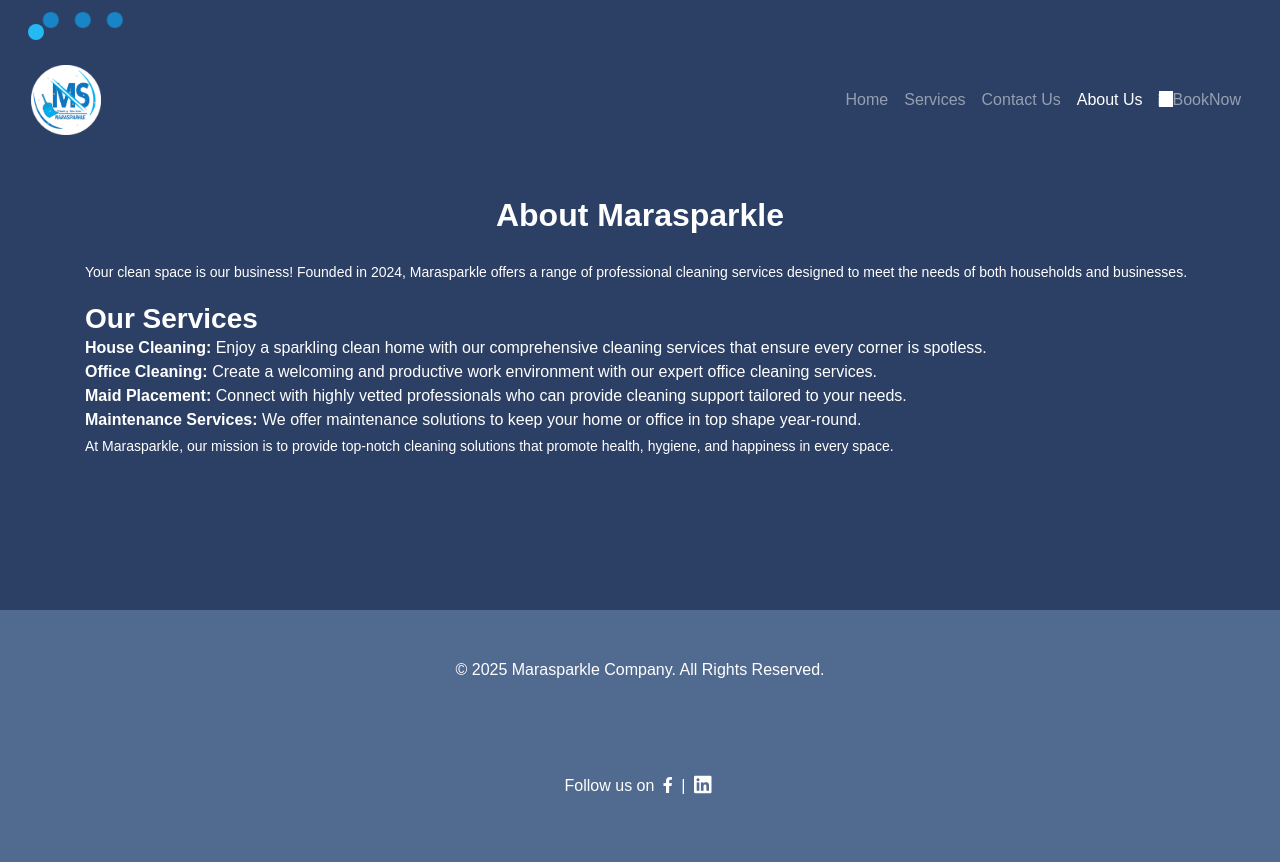
Repository: guineveretim/sparkle
Page: http://localhost/about/
The author's editor kept a copy of each file at every save. The page is drawn from the files as they stood at one save, then again after the next save.
The browser window is 1280 px wide. The pictures show the whole page.
The page is served by the project's application, run on Django 5.2 (manage.py).

Above is the page before, as saved 2025-03-26 14:22:10.

After the next save:
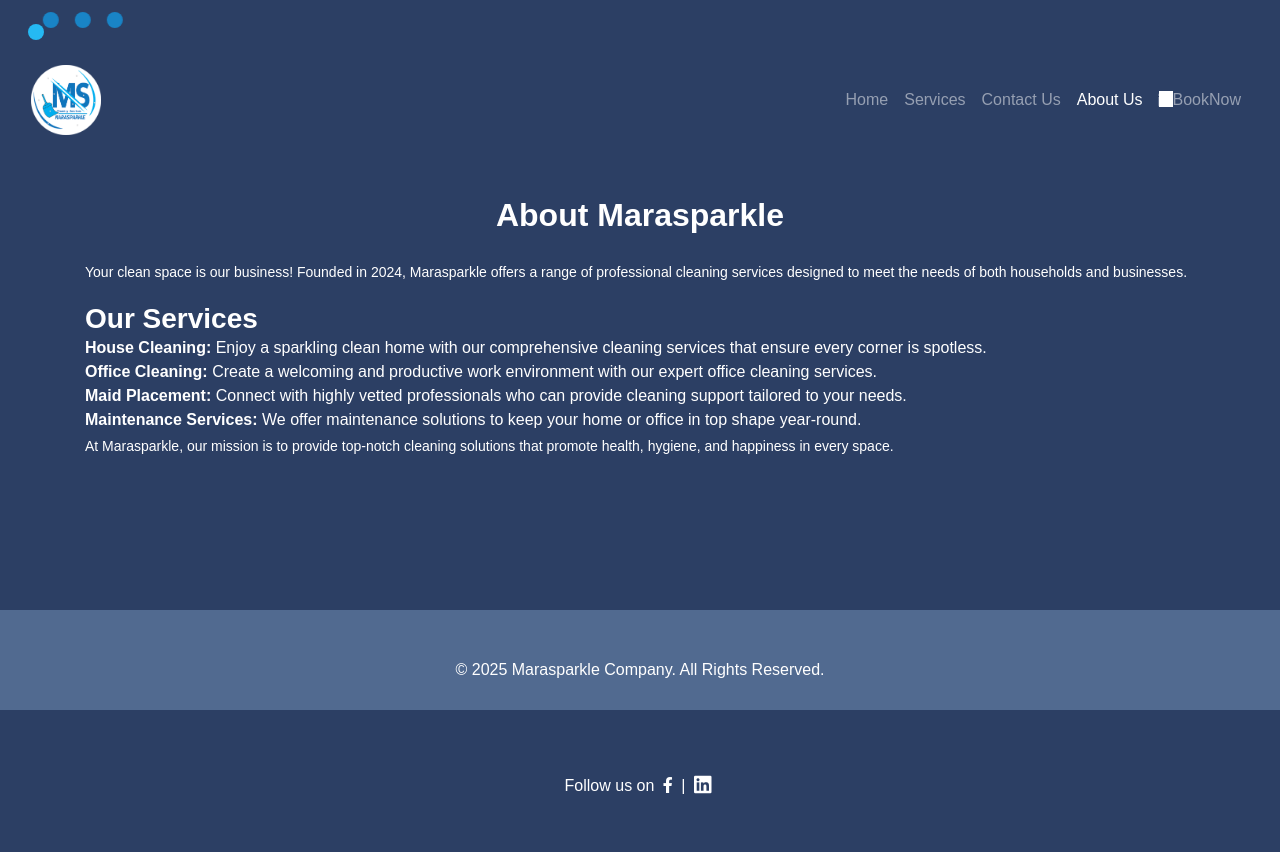
Saved 44 s later.
--- a/templates/application/about.html
+++ b/templates/application/about.html
@@ -93,7 +93,7 @@
     </div>
     <!-- ***** About Section End ***** -->
 
-    <footer class="footer text-center" style="background-color: rgba(166, 206, 243, 0.3); padding: 10px 0;">
+    <footer class="footer text-center" style="background-color: rgba(166, 206, 243, 0.3); padding: 10px 0; height: 50px;">
         <div class="container-fluid">
             <div class="row">
 

After the save that followed:
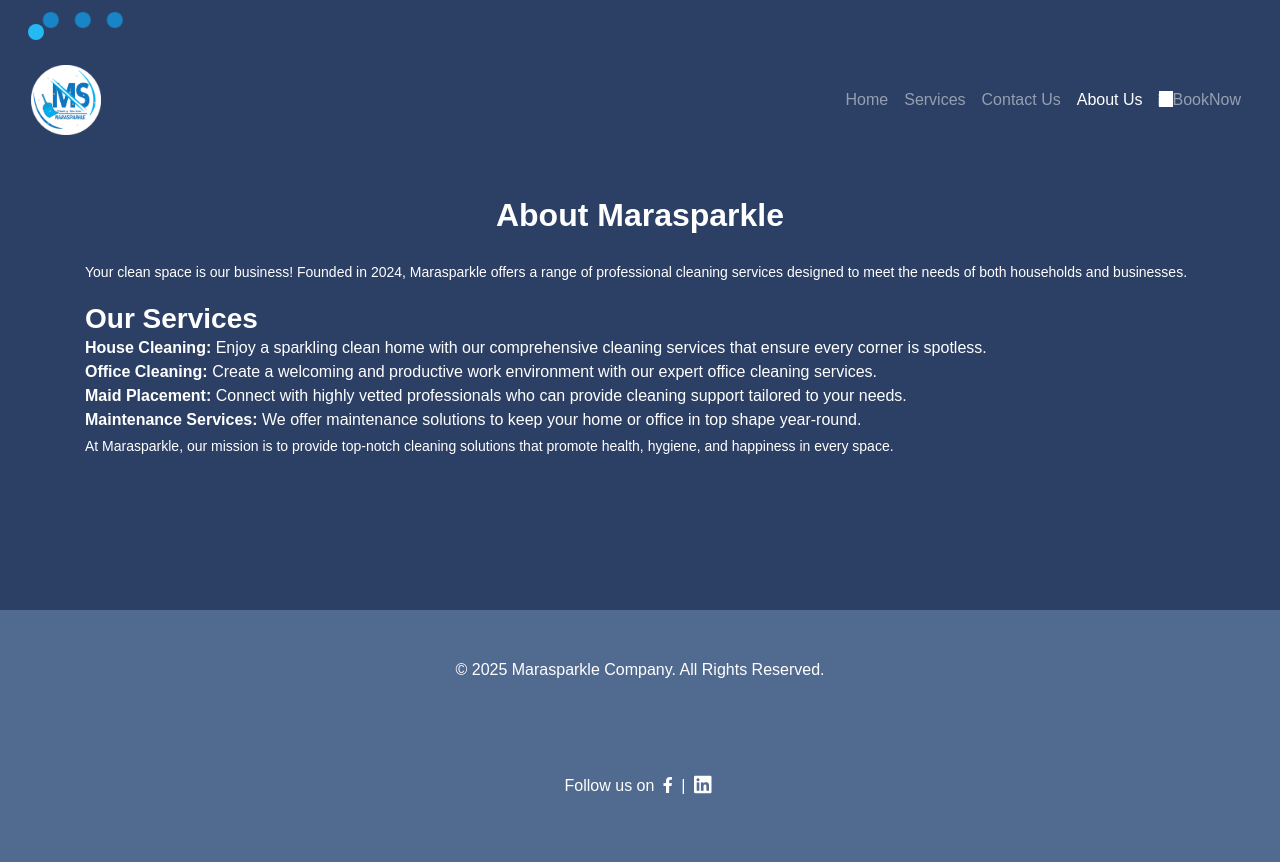
Saved 28 s later.
--- a/templates/application/about.html
+++ b/templates/application/about.html
@@ -93,7 +93,7 @@
     </div>
     <!-- ***** About Section End ***** -->
 
-    <footer class="footer text-center" style="background-color: rgba(166, 206, 243, 0.3); padding: 10px 0; height: 50px;">
+    <footer class="footer text-center" style="background-color: rgba(166, 206, 243, 0.3); padding: 10px 0;">
         <div class="container-fluid">
             <div class="row">
 
